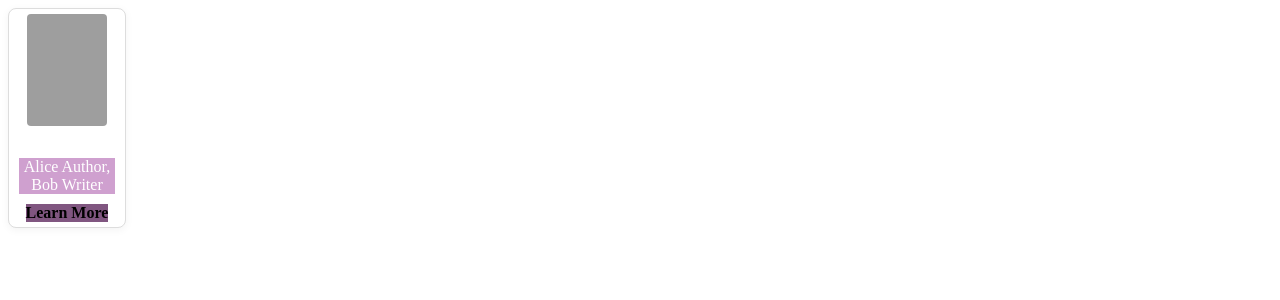
Repository: Micaelavalmores/BookCatalog
Page: /
An editor plug-in stored every save of this project. The page is shown before and after the next save, followed by the edit.
The browser window is 1280 px wide. The pictures show the whole page.
Pictures or frames that could not be fetched are drawn as grey boxes. The project was rebuilt for these pictures with package versions that can differ from the ones it lists, and the page was loaded fresh each time. Also part of the build but not shown: vite.config.js, src/index.css.

Above is the page before, as saved 2025-09-16 22:50:46.

After the next save:
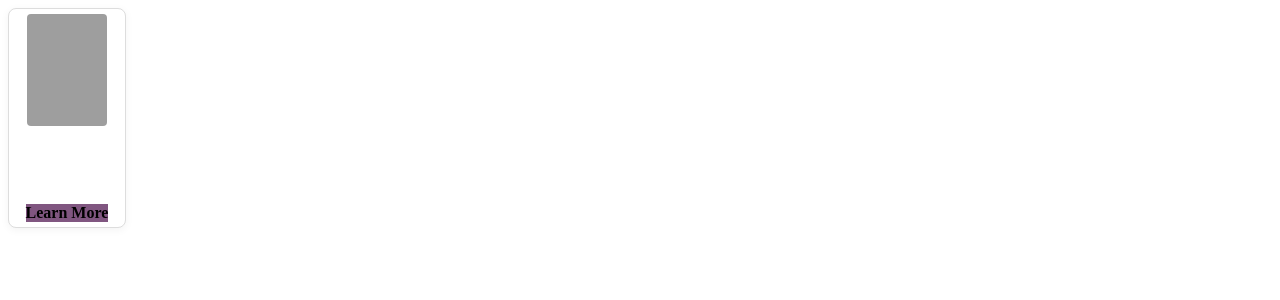
Saved 19 s later.
--- a/src/assets/book.css
+++ b/src/assets/book.css
@@ -27,7 +27,7 @@
   .book-authors {
     color: #ffffff;
     margin-bottom: 10px;
-    background: rgb(207, 160, 207);
+
   }
 
   .book-link {
